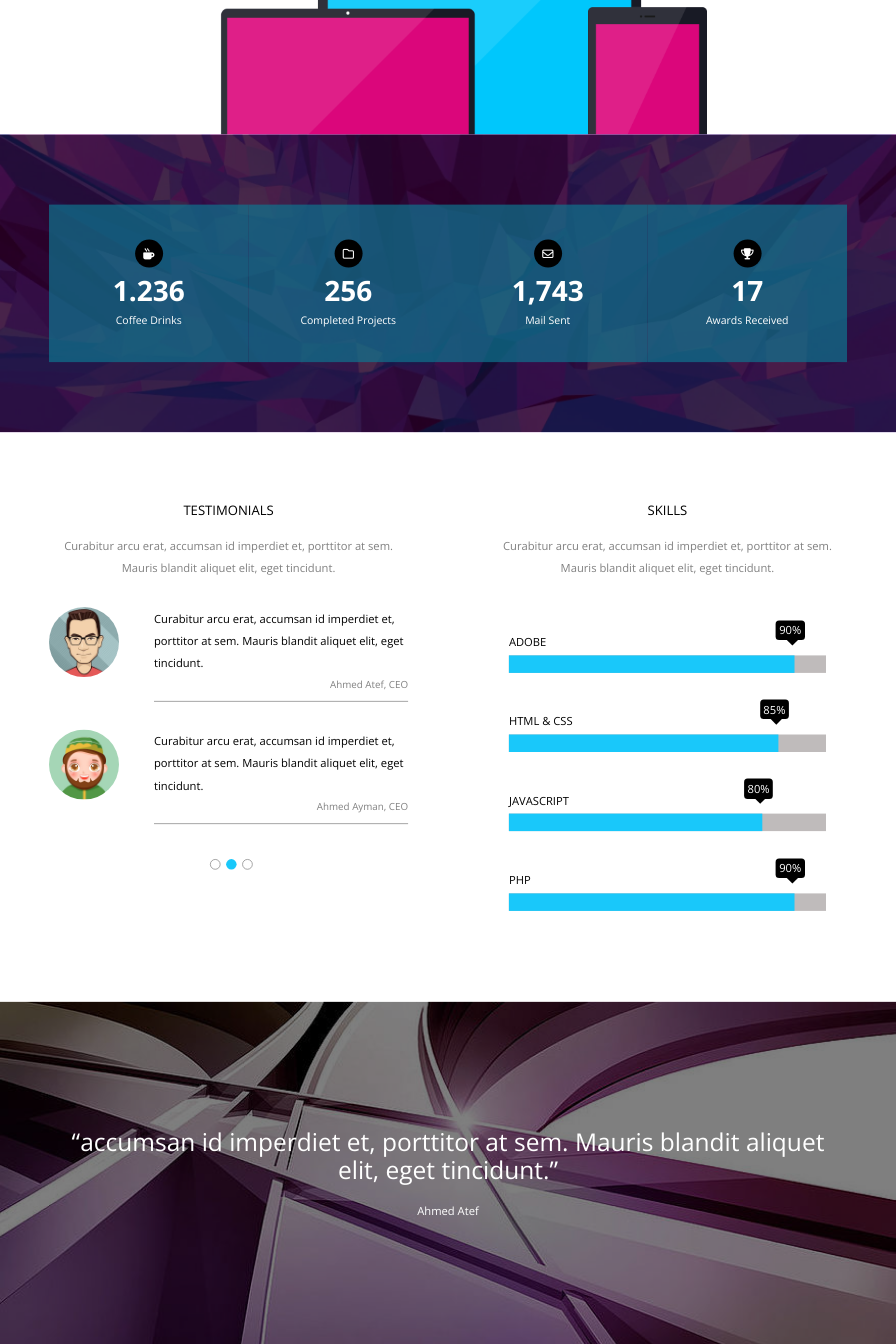
Repository: Ahmed123rezk123/Template_2
Page: index.html
These files come from the project's save history. The page is drawn as it stood at one moment and after a run of saves; the edit follows.
The browser window is 1280 px wide. The pictures show the part of the page from y = 4436 to 6356 px (the page is 6356 px tall before and 6296 px after), at 70% of full size.
A picture or video elsewhere on the page could not be fetched, so the positions and the page height are approximate. Some web fonts or font styles are not loaded; a fallback is used.

Above is the page before, as saved 2024-04-15 19:34:26.

After the next 2 saves:
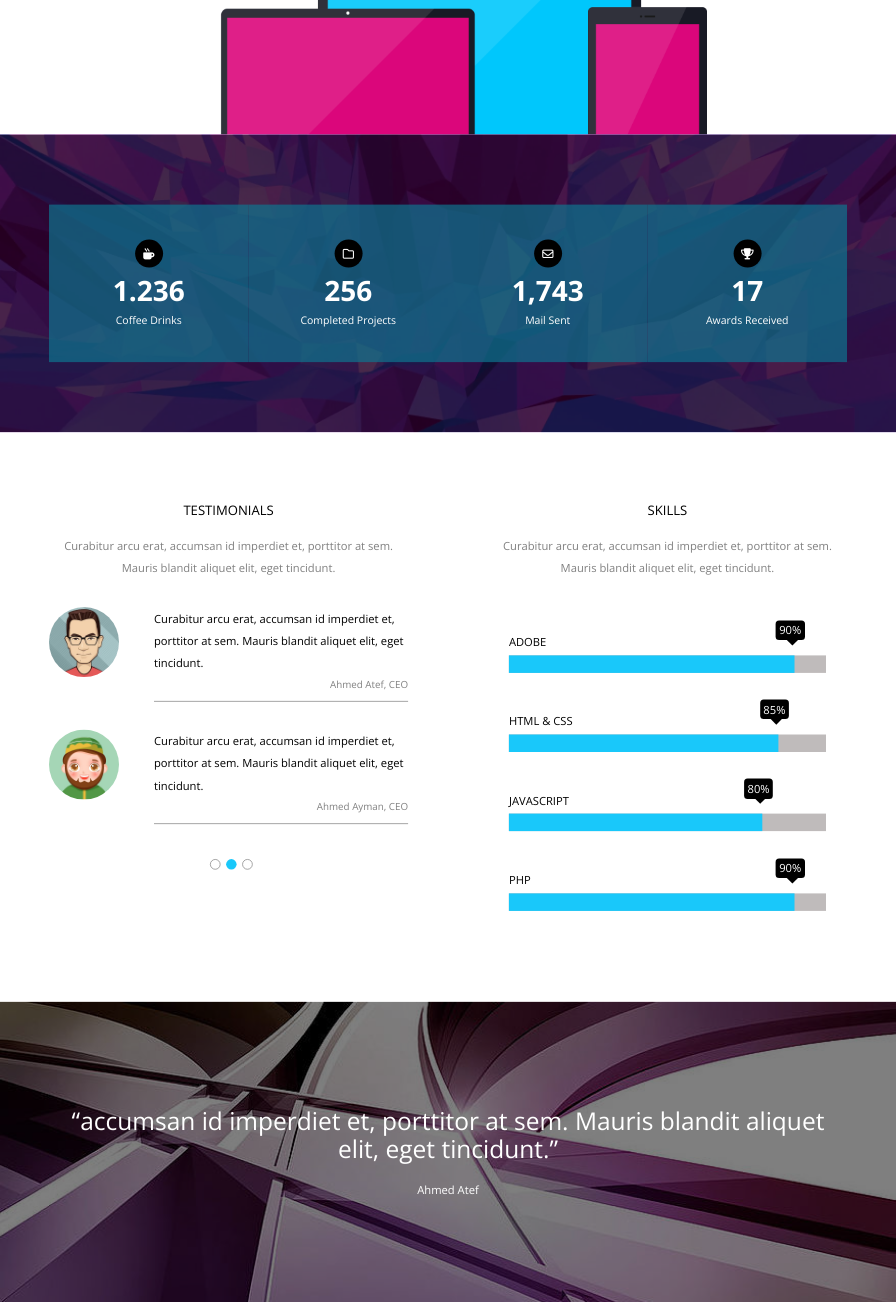
The 2 saves are shown as one change because they came seconds apart.
The last was saved 96 s later.
--- a/css/kasper.css
+++ b/css/kasper.css
@@ -815,7 +815,7 @@ position: relative;
 .quote .container .content {
 text-align: center;
 color: white;
-margin: 80px auto;
+margin: 50px auto;
 }
 .quote .container .content q {
     display: block;
